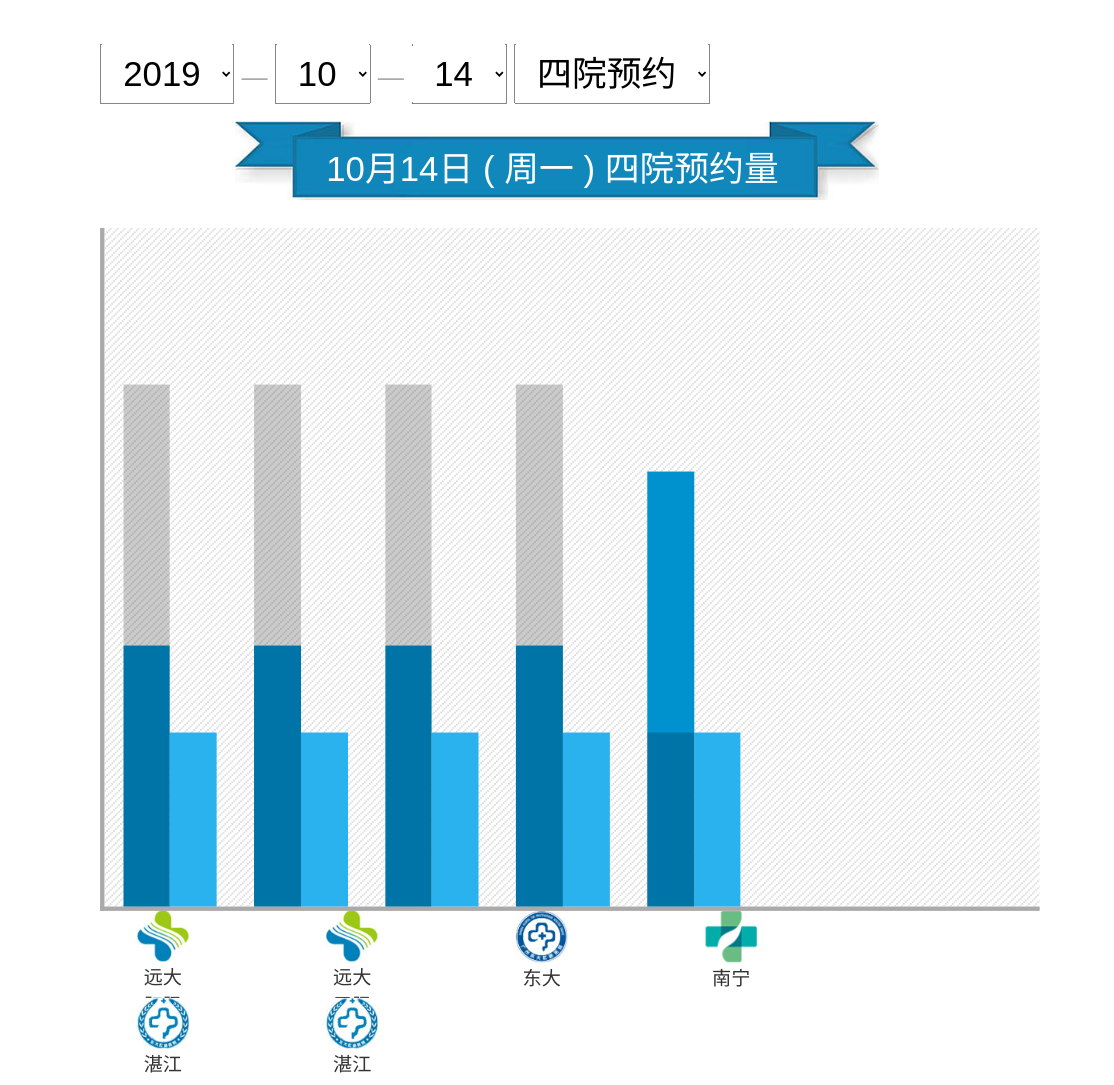
Repository: jerryyan/project
Page: http://localhost/m/index.php
An editor plug-in stored every save of this project. The page is shown before and after the next save, followed by the edit.
The browser window is 1280 px wide. The pictures show the whole page, at 87% of full size.
The page is run by PHP 8.4 with error messages shown; the project is at /var/www/html/. The session is filled in as if someone had signed in: {"name": "admin"}.

Above is the page before, as saved 2019-10-14 15:53:50.

After the next save:
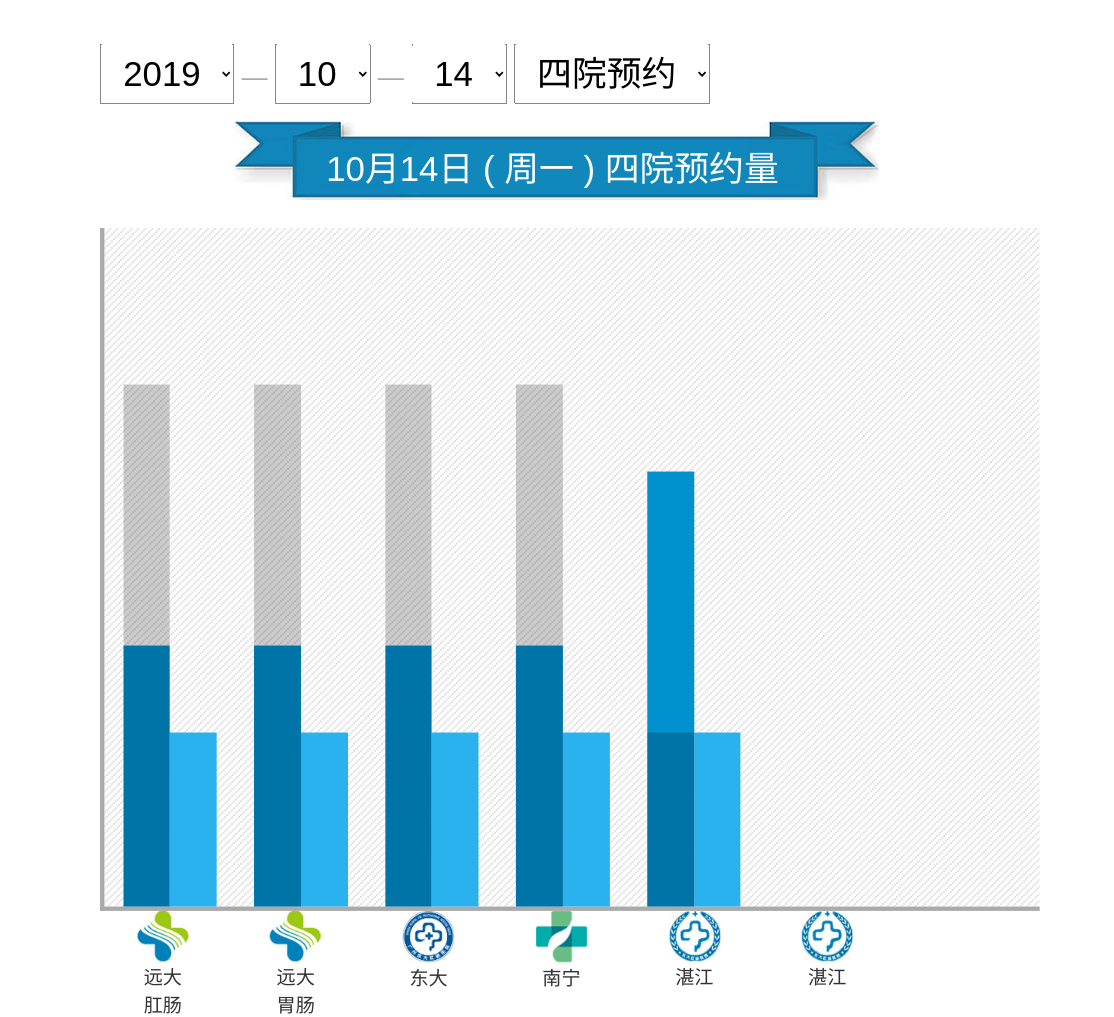
Saved 6 s later.
--- a/m/css/m.css
+++ b/m/css/m.css
@@ -125,7 +125,7 @@ ul {
 
 .logo li {
     float: left;
-    margin-right: 13.1%;
+    margin-right: 6.5%;
     padding-left: 3%;
     width: 6%;
     height: 100px;
